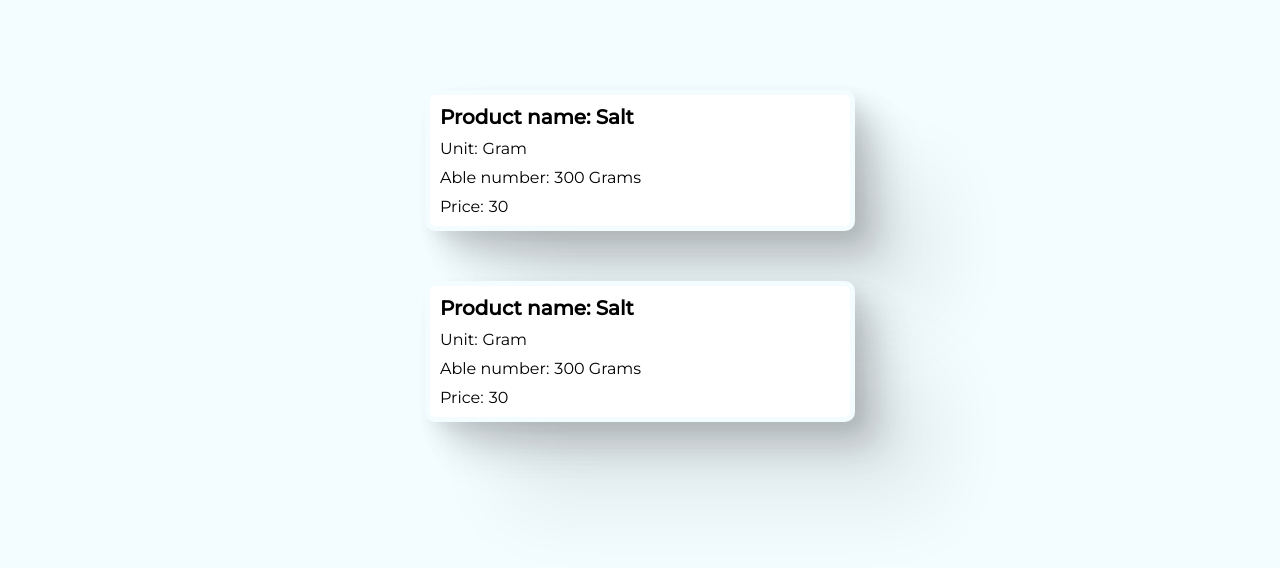
Repository: OlexandraKovach2/Vue
Page: / (app in vuexam/brila-exam/)
An editor plug-in stored every save of this project. The page is shown before and after the next save, followed by the edit.
The browser window is 1280 px wide. The pictures show the whole page.
The project was rebuilt for these pictures with package versions that can differ from the ones it lists, and the page was loaded fresh each time. Also part of the build but not shown: vuexam/brila-exam/vue.config.js.

Above is the page before, as saved 2022-11-08 21:59:14.

### vuexam/brila-exam/public/index.html
<!DOCTYPE html>
<html lang="">
  <head>
    <meta charset="utf-8">
    <meta http-equiv="X-UA-Compatible" content="IE=edge">
    <meta name="viewport" content="width=device-width,initial-scale=1.0">
    <link rel="icon" href="<%= BASE_URL %>favicon.ico">
    <title><%= htmlWebpackPlugin.options.title %></title>
  </head>
  <body>
    <noscript>
      <strong>We're sorry but <%= htmlWebpackPlugin.options.title %> doesn't work properly without JavaScript enabled. Please enable it to continue.</strong>
    </noscript>
    <div id="app"></div>
    <!-- built files will be auto injected -->
  </body>
</html>

<style>

  *{
    padding: 0px;
    margin: 0px;
  }
  body{
    background-color: rgb(243, 252, 255);
  }

</style>

### vuexam/brila-exam/src/main.js
import { createApp } from 'vue'
import App from './App.vue'
import store from '@/store'

createApp(App).use(store).mount('#app')

### vuexam/brila-exam/src/App.vue
<template>
  <div>
    <ObjectTable :listData="list"/>
  </div>
</template>

<script>
  import { mapGetters } from 'vuex';
  import ObjectTable from "./components/ObjectTable";
  export default {
    name: "App",
    components: {
      ObjectTable,
    },
    computed: {
      ...mapGetters(['list']),
    },
  }
</script>

<style lang="scss" scoped>
@import url('https://fonts.googleapis.com/css2?family=Montserrat:wght@100;200;300;400;500&display=swap');
*{
  font-family: 'Montserrat', sans-serif;
}
</style>

### vuexam/brila-exam/src/store/index.js
import {createStore} from 'vuex'

const store = createStore({
    state: {
        list: [
            {
                id: 1,
                name: "Salt",
                unit: "Gram",
                count: "300",
                cost: 30
            },
            {
                id: 2,
                name: "Salt",
                unit: "Gram",
                count: "300",
                cost: 30
            }
        ]
    },
    getters: {
        list: state => {
            return state.list;
        }
    },
});

export default store;

### vuexam/brila-exam/src/components/ObjectTable/index.vue
<template>
    <div class="objectTable">
        <div class="object">
        <ObjectBase v-for="item in listData"
        :key="item.id"
        :id="item.id"
        :name="item.name"
        :unit="item.unit"
        :count="item.count"
        :cost="item.cost"
        />
        </div>
    </div>
</template>

<script>
    import ObjectBase from "./ObjectBase.vue"
    export default {
        name: "ObjectTable",
        components: {
            ObjectBase,
        },
        props: {
            listData: {
                type: Array,
                default: () => []
            },
        },
    }
</script>

<style lang="scss" scoped>
.object{
    display: flex;
    flex-direction: column;
    margin-top: 40px;
}
.objectTable{
    display: flex;
    justify-content: center;
}
</style>

### vuexam/brila-exam/src/components/ObjectTable/ObjectBase.vue
<template>
    <div class="ObjectCard">
        <div class="info-row name">
            <div>Product name: </div>
            <div>{{name}}</div>
        </div>
        <div class="info-row">
            <div>Unit: </div>
            <div>{{unit}}</div>
        </div>
        <div class="info-row">
            <div>Able number: </div>
            <div>{{count}} {{unit}}s</div>
        </div>
        <div class="info-row">
            <div>Price: </div>
            <div>{{cost}}</div>
        </div>
    </div>
</template>

<script>
    import { mapGetters } from 'vuex'
    export default {
        name: "ObjectBase",
        computed: {
        ...mapGetters(['list']),
        },
        props: {
            id: {
                type: Number,
                default: 0
            },
            name: {
                type: String,
                default: "None name"
            },
            unit: {
                type: String,
                default: "kilo"
            },
            count: {
                type: Number,
                default: 1
            },
            cost: {
                type: Number,
                default: 10
            }
        },
    }
</script>

<style lang="scss" scoped>
.ObjectCard{
    margin-top: 50px;
    background-color: white;
    width: 400px;
    border-radius: 10px;
    border: 5px solid rgb(243, 252, 255);
    box-shadow:
  6.6px 6.7px 13.7px rgba(0, 0, 0, 0.04),
  12.9px 13.2px 25.3px rgba(0, 0, 0, 0.053),
  19.2px 19.6px 34.3px rgba(0, 0, 0, 0.057),
  25.9px 26.5px 40.9px rgba(0, 0, 0, 0.057),
  35.7px 36.6px 47.2px rgba(0, 0, 0, 0.057),
  82px 84px 80px rgba(0, 0, 0, 0.07);
  display: flex;
  flex-direction: column;
  gap: 10px;
  padding: 10px;
  transition: 0.3s;
}
.ObjectCard:hover{
    scale: 1.1;
}
.info-row{
    display: flex;
    gap: 5px;
    transition: 0.3s;
}
.info-row:hover{
    scale: 1.04;
}
.name{
    font-size: 20px;
    font-weight: 600;
}
</style>

After the next save:
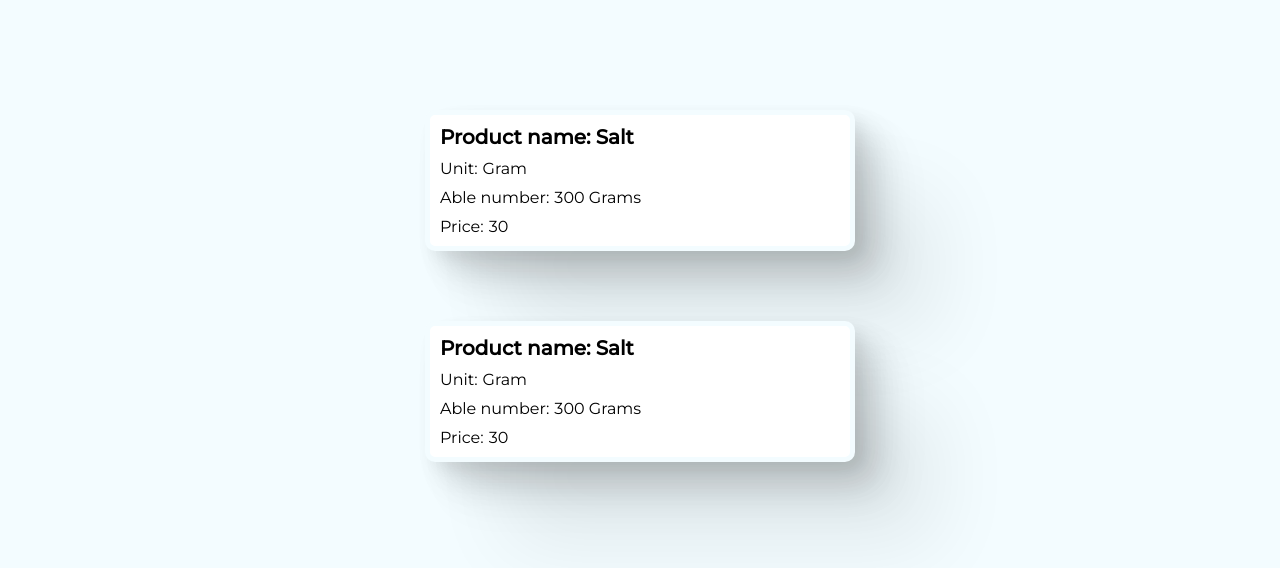
Saved 6 s later.
--- a/vuexam/brila-exam/src/components/ObjectTable/ObjectBase.vue
+++ b/vuexam/brila-exam/src/components/ObjectTable/ObjectBase.vue
@@ -53,7 +53,7 @@
 
 <style lang="scss" scoped>
 .ObjectCard{
-    margin-top: 50px;
+    margin-top: 70px;
     background-color: white;
     width: 400px;
     border-radius: 10px;
